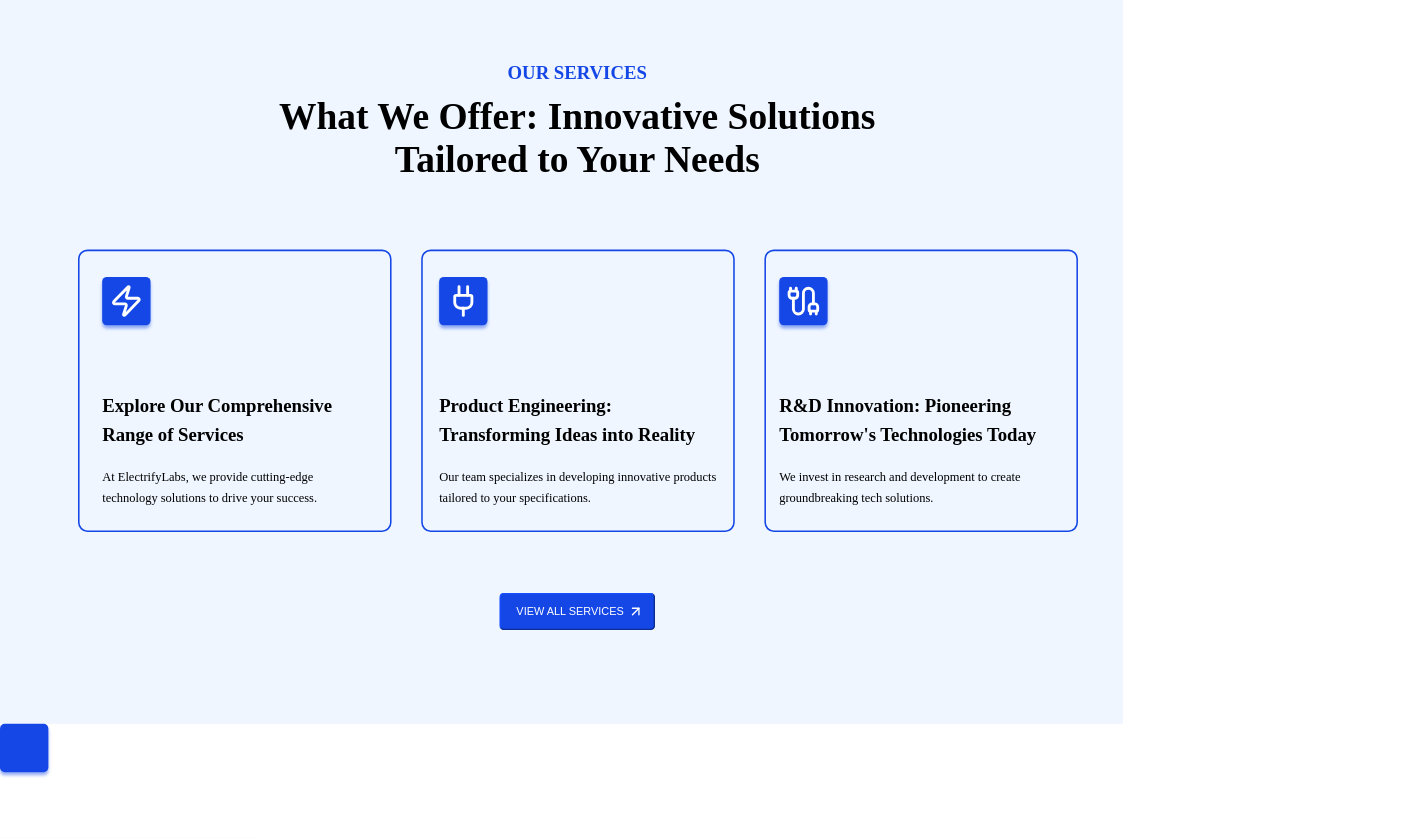
Repository: neelpatel6262/electrifylabs_homepage
Page: /
An editor plug-in stored every save of this project. The page is shown before and after the next save, followed by the edit.
The browser window is 1280 px wide. The page is 1440 px wide, then 1825 px, then 1440 px, so the pictures cover 1825 px, including what lies to the right of the window. The pictures show the whole page, at 78% of full size.
The project was rebuilt for these pictures with package versions that can differ from the ones it lists, and the page was loaded fresh each time. Also part of the build but not shown: vite.config.js.

Above is the page before, as saved 2026-02-20 00:14:54.

After the next save:
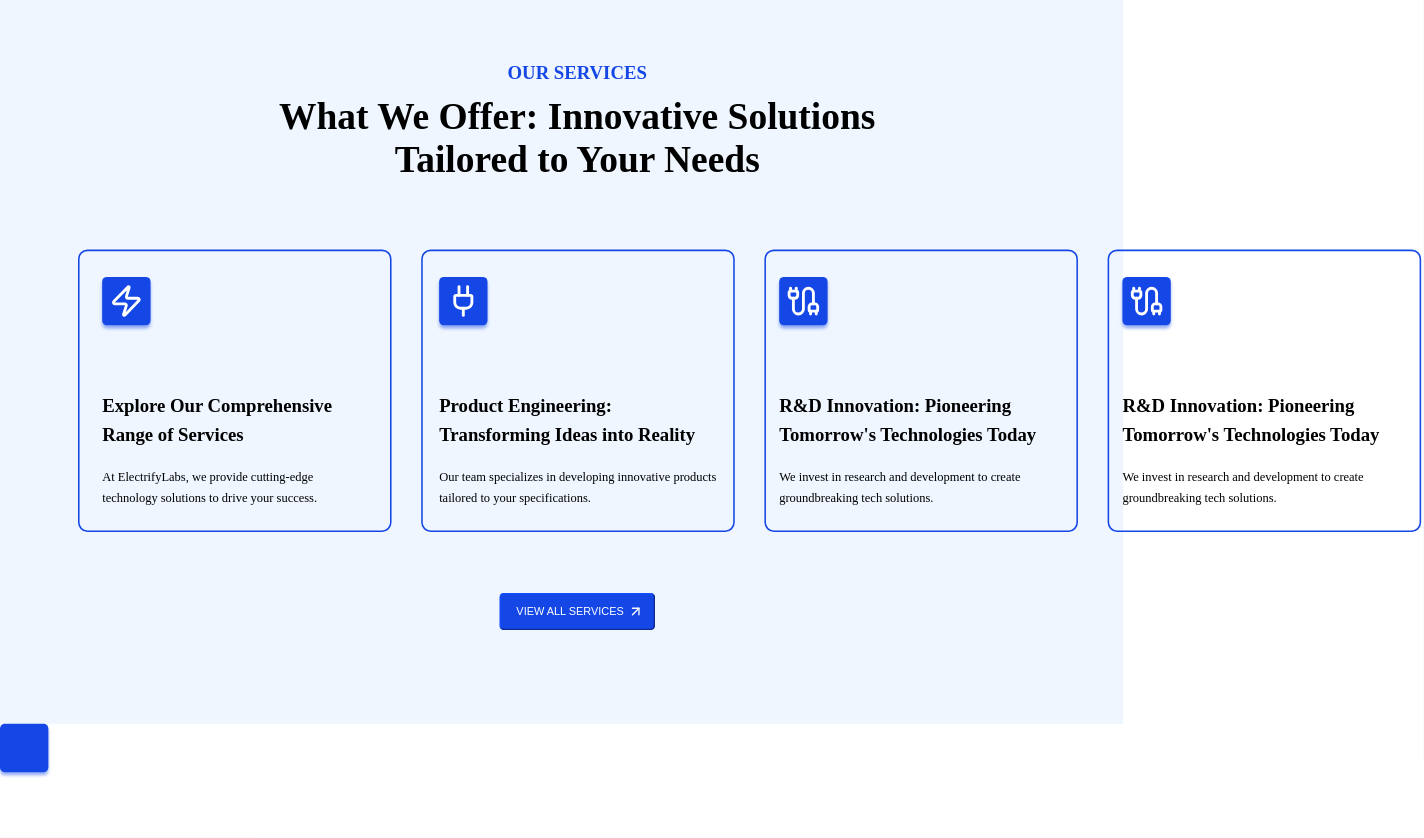
Saved 12 h 14 min later.
--- a/src/components/ServiceSection.jsx
+++ b/src/components/ServiceSection.jsx
@@ -19,6 +19,15 @@
     cardClass: "service-card-two",
     headingClass: "service-card-two-heading",
     subheadingClass: "service-card-two-subheading",
+  },
+  {
+    id: 3,
+    icon: <Cable size={24} color="white" />,
+    heading: "R&D Innovation: Pioneering Tomorrow's Technologies Today",
+    subheading: "We invest in research and development to create groundbreaking tech solutions.",
+    cardClass: "service-card-three",
+    headingClass: "service-card-three-heading",
+    subheadingClass: "service-card-three-subheading",
   },
   {
     id: 3,

After the save that followed:
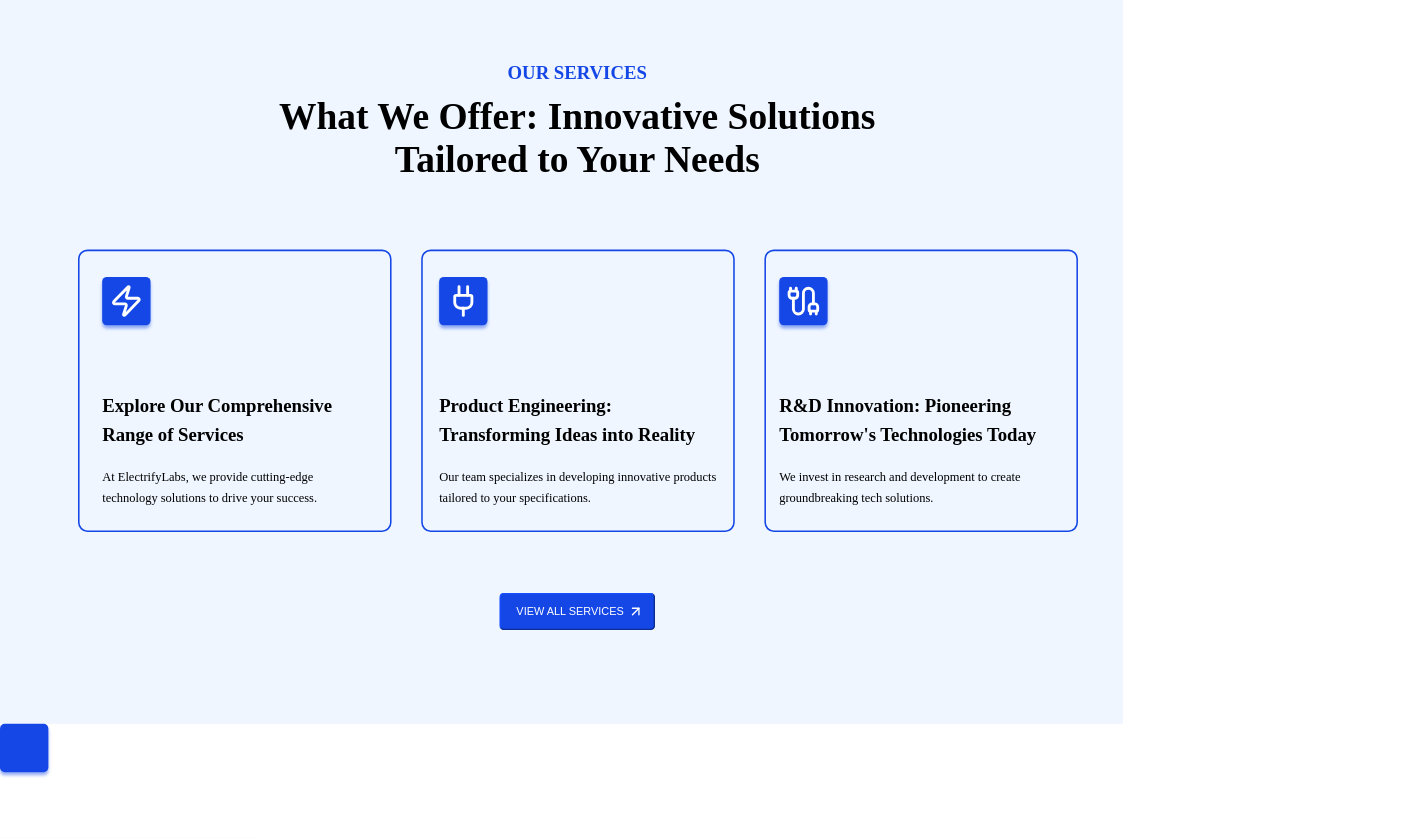
Saved 13 s later.
--- a/src/components/ServiceSection.jsx
+++ b/src/components/ServiceSection.jsx
@@ -19,15 +19,6 @@
     cardClass: "service-card-two",
     headingClass: "service-card-two-heading",
     subheadingClass: "service-card-two-subheading",
-  },
-  {
-    id: 3,
-    icon: <Cable size={24} color="white" />,
-    heading: "R&D Innovation: Pioneering Tomorrow's Technologies Today",
-    subheading: "We invest in research and development to create groundbreaking tech solutions.",
-    cardClass: "service-card-three",
-    headingClass: "service-card-three-heading",
-    subheadingClass: "service-card-three-subheading",
   },
   {
     id: 3,
